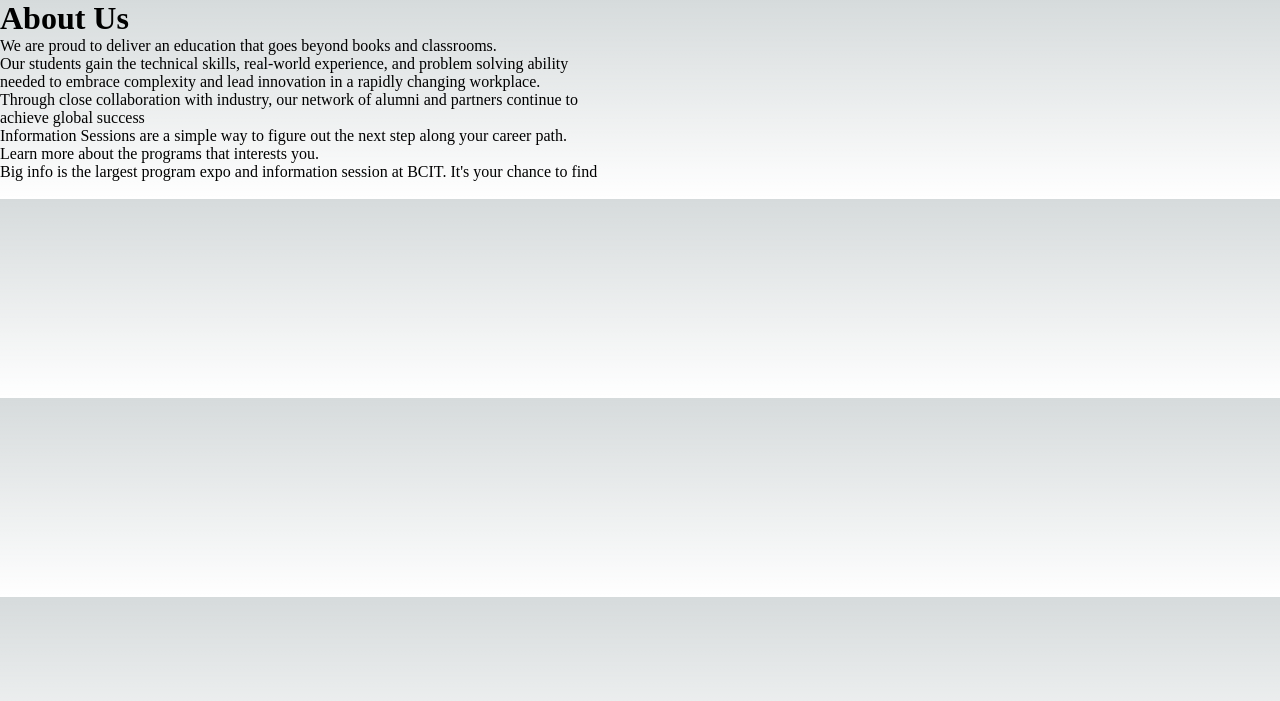
Repository: jennydmcm/assignment-1-playwright-site-A01338943
Page: /about
The author's editor kept a copy of each file at every save. The page is drawn from the files as they stood at one save, then again after the next save.
The browser window is 1280 px wide. The pictures show the whole page.
The project was rebuilt for these pictures with package versions that can differ from the ones it lists, and the page was loaded fresh each time. The framework's server and built-in components were replaced by stand-ins that run in the browser. Also part of the build but not shown: next.config.js, styles/About.module.css.

Above is the page before, as saved 2023-02-03 16:11:31.

### pages/_app.js
import '../styles/globals.css'
import '../styles/variables.css'

function MyApp({ Component, pageProps }) {
  return <Component {...pageProps} />
}

export default MyApp

### pages/about.js
import Head from 'next/head'
import Image from 'next/image'
import { Inter } from '@next/font/google'
import styles from '@/styles/About.module.css'

const inter = Inter({ subsets: ['latin'] })

export default function Home() {
  return (
    <>
      <Head>
        <title>{"About Us"}</title>
        <meta name="description" content="Generated by create next app" />
        <meta name="viewport" content="width=device-width, initial-scale=1" />
        <meta name="author" content={"MDIA 2109"} />
        <meta name="og:title" content={"Assignment #1 - About Us Page"}/>
        <meta name="og:description" content={"BCIT Digital Design and Development Diploma"} />
        <link rel="icon" href="/favicon.png" />
      </Head>
      <main className={styles.main}>
        <header>
          <div>
            <h1>About Us</h1>
            <h1></h1>
          </div>
          <div>
            <p>We are proud to deliver an education that goes beyond books and classrooms.</p>
            <p>Our students gain the technical skills, real-world experience, and problem solving ability <br></br>
            needed to embrace complexity and lead innovation in a rapidly changing workplace.</p>
            <p>Through close collaboration with industry, our network of alumni and partners continue to <br></br>
            achieve global success</p>
            <p>Information Sessions are a simple way to figure out the next step along your career path. <br></br>
            Learn more about the programs that interests you.</p>
            <p>Big info is the largest program expo and information session at BCIT. It's your chance to find<br></br>
            </p>
            <p></p>
            <p></p>
          </div>
          <div>
            <h2></h2>
            <h2></h2>
          </div>
          <div>
            <h3></h3>
          </div>
    </header>
      </main>

      <a>
        <span>
          <img></img>
          <img></img>
        </span>
      </a>


    </>
  )
}

### styles/variables.css
:root{
    --primary-color: #fff;
    --secondary-color: #f4d6b9;
    --ternary-color: #14343d;
    --quaternary-color: #14343d;
    --quinary-color: rgba(16,46,53,0.5);

}

Loaded but not shown: pages/_document.js (common file); styles/globals.css (common file)

After the next save:
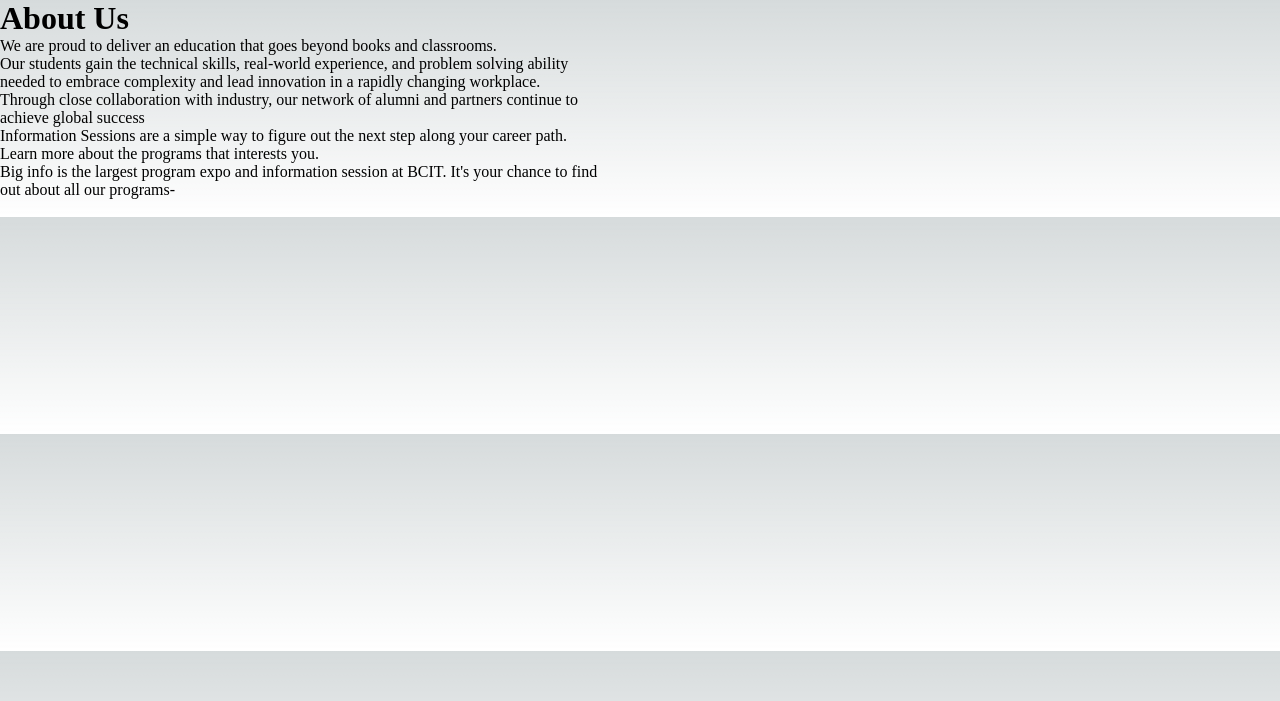
Saved 7 s later.
--- a/pages/about.js
+++ b/pages/about.js
@@ -32,7 +32,7 @@ export default function Home() {
             <p>Information Sessions are a simple way to figure out the next step along your career path. <br></br>
             Learn more about the programs that interests you.</p>
             <p>Big info is the largest program expo and information session at BCIT. It's your chance to find<br></br>
-            </p>
+            out about all our programs-</p>
             <p></p>
             <p></p>
           </div>
